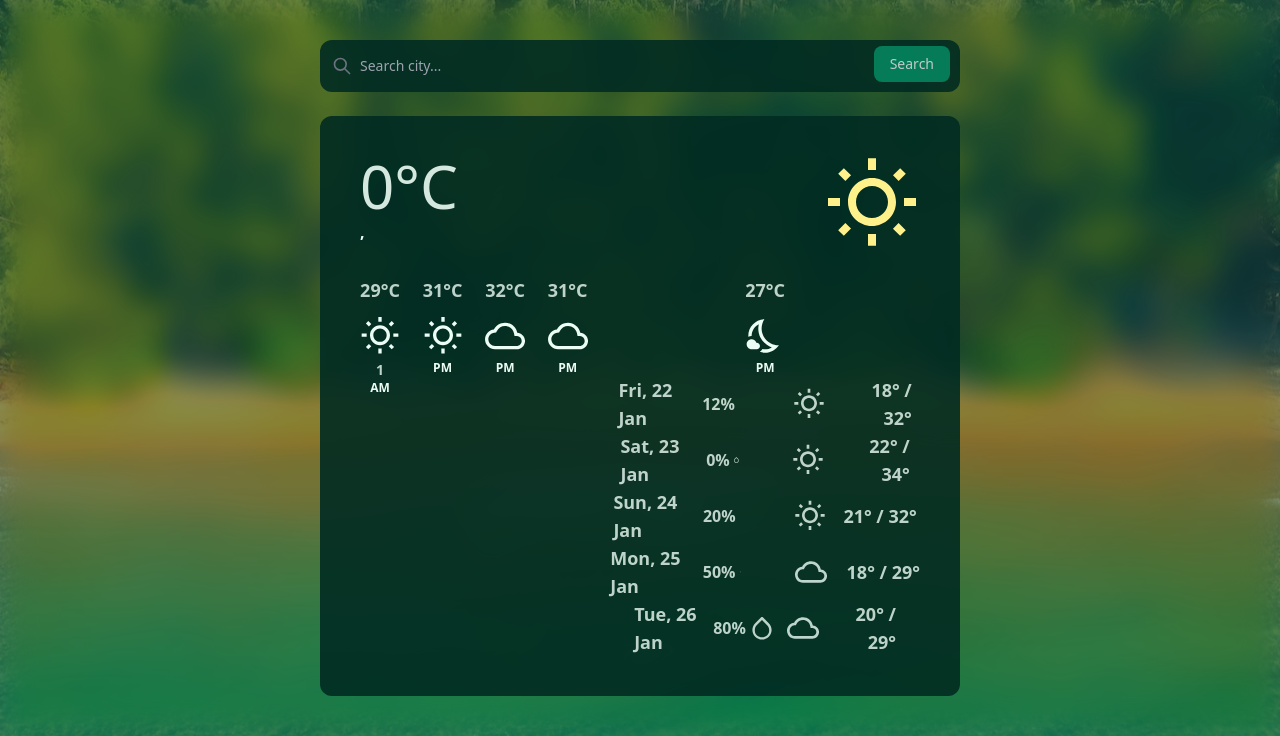
Repository: mikelCabezas/angular-exercices
Page: / (app in weather-app/)
An editor plug-in stored every save of this project. The page is shown before and after the next save, followed by the edit.
The browser window is 1280 px wide. The pictures show the whole page.
The project was rebuilt for these pictures with package versions that can differ from the ones it lists, and the page was loaded fresh each time. Also part of the build but not shown: weather-app/angular.json.

Above is the page before, as saved 2023-09-18 19:21:16.

After the next save:
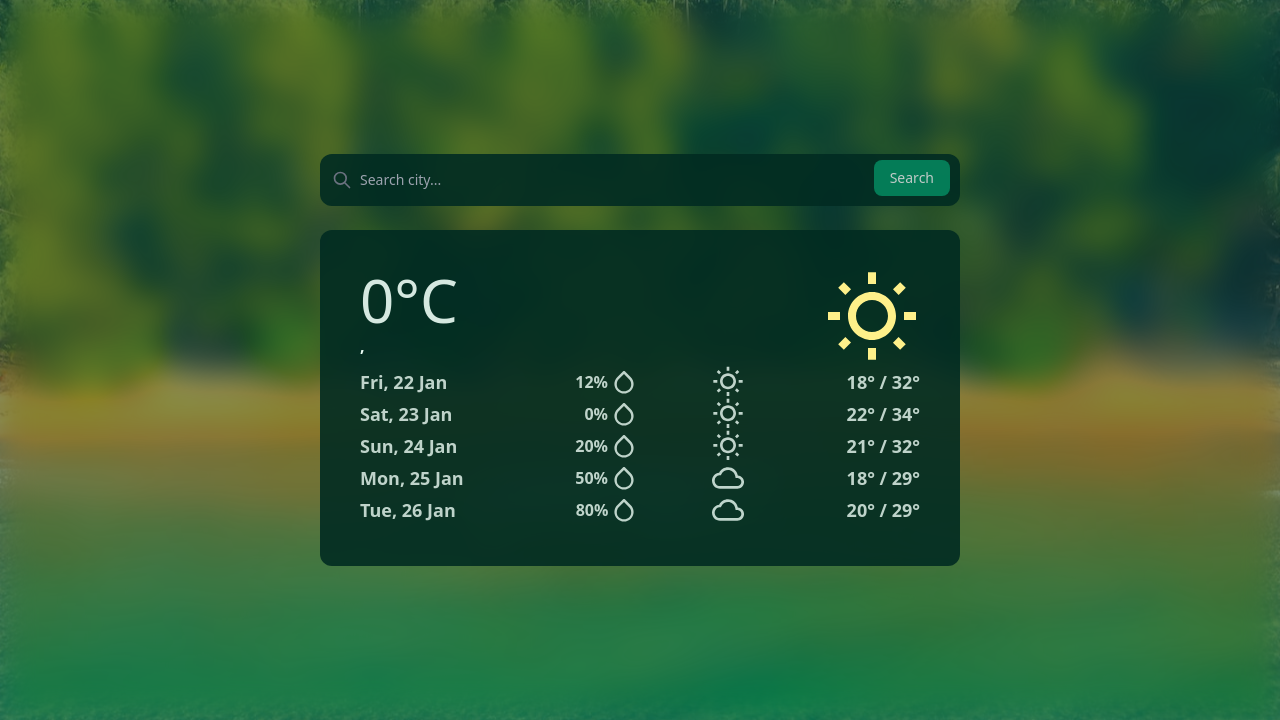
Saved 14 s later.
--- a/weather-app/src/app/components/dashboard/dashboard.component.html
+++ b/weather-app/src/app/components/dashboard/dashboard.component.html
@@ -56,89 +56,7 @@
                 <path d="M6.76 4.84l-1.8-1.79-1.41 1.41 1.79 1.79zM1 10.5h3v2H1zM11 .55h2V3.5h-2zm8.04 2.495l1.408 1.407-1.79 1.79-1.407-1.408zm-1.8 15.115l1.79 1.8 1.41-1.41-1.8-1.79zM20 10.5h3v2h-3zm-8-5c-3.31 0-6 2.69-6 6s2.69 6 6 6 6-2.69 6-6-2.69-6-6-6zm0 10c-2.21 0-4-1.79-4-4s1.79-4 4-4 4 1.79 4 4-1.79 4-4 4zm-1 4h2v2.95h-2zm-7.45-.96l1.41 1.41 1.79-1.8-1.41-1.41z"/>
             </svg>
         </div>
-        <div class="flex justify-between mt-6">
-            <div class="flex flex-col items-center">
-                <span class="font-semibold text-lg">29°C</span>
-                <svg
-                    class="h-10 w-10 fill-current text-emerald-50 mt-3"
-                    xmlns="http://www.w3.org/2000/svg"
-                    height="24"
-                    viewBox="0 0 24 24"
-                    width="24"
-                >
-                    <path d="M0 0h24v24H0V0z" fill="none"/>
-                    <path d="M6.76 4.84l-1.8-1.79-1.41 1.41 1.79 1.79zM1 10.5h3v2H1zM11 .55h2V3.5h-2zm8.04 2.495l1.408 1.407-1.79 1.79-1.407-1.408zm-1.8 15.115l1.79 1.8 1.41-1.41-1.8-1.79zM20 10.5h3v2h-3zm-8-5c-3.31 0-6 2.69-6 6s2.69 6 6 6 6-2.69 6-6-2.69-6-6-6zm0 10c-2.21 0-4-1.79-4-4s1.79-4 4-4 4 1.79 4 4-1.79 4-4 4zm-1 4h2v2.95h-2zm-7.45-.96l1.41 1.41 1.79-1.8-1.41-1.41z"/>
-                </svg>
-                <span class="font-semibold mt-1 text-sm">1{{time1h}}</span>
-                <span class="text-xs font-semibold text-emerald-50">AM</span>
-            </div>
-            <div class="flex flex-col items-center">
-                <span class="font-semibold text-lg">31°C</span>
-                <svg
-                    class="h-10 w-10 fill-current text-emerald-50 mt-3"
-                    xmlns="http://www.w3.org/2000/svg"
-                    height="24"
-                    viewBox="0 0 24 24"
-                    width="24"
-                >
-                    <path d="M0 0h24v24H0V0z" fill="none"/>
-                    <path d="M6.76 4.84l-1.8-1.79-1.41 1.41 1.79 1.79zM1 10.5h3v2H1zM11 .55h2V3.5h-2zm8.04 2.495l1.408 1.407-1.79 1.79-1.407-1.408zm-1.8 15.115l1.79 1.8 1.41-1.41-1.8-1.79zM20 10.5h3v2h-3zm-8-5c-3.31 0-6 2.69-6 6s2.69 6 6 6 6-2.69 6-6-2.69-6-6-6zm0 10c-2.21 0-4-1.79-4-4s1.79-4 4-4 4 1.79 4 4-1.79 4-4 4zm-1 4h2v2.95h-2zm-7.45-.96l1.41 1.41 1.79-1.8-1.41-1.41z"/>
-                </svg>
-                <span class="font-semibold mt-1 text-sm">{{time2h}}</span>
-                <span class="text-xs font-semibold text-emerald-50">PM</span>
-            </div>
-            <div class="flex flex-col items-center">
-                <span class="font-semibold text-lg">32°C</span>
-                <svg
-                    class="h-10 w-10 fill-current text-emerald-50 mt-3"
-                    xmlns="http://www.w3.org/2000/svg"
-                    height="24"
-                    viewBox="0 0 24 24"
-                    width="24"
-                >
-                    <path d="M0 0h24v24H0V0z" fill="none"/>
-                    <path d="M12.01 6c2.61 0 4.89 1.86 5.4 4.43l.3 1.5 1.52.11c1.56.11 2.78 1.41 2.78 2.96 0 1.65-1.35 3-3 3h-13c-2.21 0-4-1.79-4-4 0-2.05 1.53-3.76 3.56-3.97l1.07-.11.5-.95C8.08 7.14 9.95 6 12.01 6m0-2C9.12 4 6.6 5.64 5.35 8.04 2.35 8.36.01 10.91.01 14c0 3.31 2.69 6 6 6h13c2.76 0 5-2.24 5-5 0-2.64-2.05-4.78-4.64-4.96C18.68 6.59 15.65 4 12.01 4z"/>
-                </svg>
-                <span class="font-semibold mt-1 text-sm">{{time3h}}</span>
-                <span class="text-xs font-semibold text-emerald-50">PM</span>
-            </div>
-            <div class="flex flex-col items-center">
-                <span class="font-semibold text-lg">31°C</span>
-                <svg
-                    class="h-10 w-10 fill-current text-emerald-50 mt-3"
-                    xmlns="http://www.w3.org/2000/svg"
-                    height="24"
-                    viewBox="0 0 24 24"
-                    width="24"
-                >
-                    <path d="M0 0h24v24H0V0z" fill="none"/>
-                    <path d="M12.01 6c2.61 0 4.89 1.86 5.4 4.43l.3 1.5 1.52.11c1.56.11 2.78 1.41 2.78 2.96 0 1.65-1.35 3-3 3h-13c-2.21 0-4-1.79-4-4 0-2.05 1.53-3.76 3.56-3.97l1.07-.11.5-.95C8.08 7.14 9.95 6 12.01 6m0-2C9.12 4 6.6 5.64 5.35 8.04 2.35 8.36.01 10.91.01 14c0 3.31 2.69 6 6 6h13c2.76 0 5-2.24 5-5 0-2.64-2.05-4.78-4.64-4.96C18.68 6.59 15.65 4 12.01 4z"/>
-                </svg>
-                <span class="font-semibold mt-1 text-sm">{{time4h}}</span>
-                <span class="text-xs font-semibold text-emerald-50">PM</span>
-            </div>
-            <div class="flex flex-col items-center">
-                <span class="font-semibold text-lg">27°C</span>
-                <svg
-                    class="h-10 w-10 fill-current text-emerald-50 mt-3"
-                    xmlns="http://www.w3.org/2000/svg"
-                    enable-background="new 0 0 24 24"
-                    height="24"
-                    viewBox="0 0 24 24"
-                    width="24"
-                >
-                    <g>
-                        <rect fill="none" height="24" width="24"/>
-                    </g>
-                    <g>
-                        <g>
-                            <path d="M19.78,17.51c-2.47,0-6.57-1.33-8.68-5.43C8.77,7.57,10.6,3.6,11.63,2.01C6.27,2.2,1.98,6.59,1.98,12 c0,0.14,0.02,0.28,0.02,0.42C2.61,12.16,3.28,12,3.98,12c0,0,0,0,0,0c0-3.09,1.73-5.77,4.3-7.1C7.78,7.09,7.74,9.94,9.32,13 c1.57,3.04,4.18,4.95,6.8,5.86c-1.23,0.74-2.65,1.15-4.13,1.15c-0.5,0-1-0.05-1.48-0.14c-0.37,0.7-0.94,1.27-1.64,1.64 c0.98,0.32,2.03,0.5,3.11,0.5c3.5,0,6.58-1.8,8.37-4.52C20.18,17.5,19.98,17.51,19.78,17.51z"/>
-                            <path d="M7,16l-0.18,0C6.4,14.84,5.3,14,4,14c-1.66,0-3,1.34-3,3s1.34,3,3,3c0.62,0,2.49,0,3,0c1.1,0,2-0.9,2-2 C9,16.9,8.1,16,7,16z"/>
-                        </g>
-                    </g>
-                </svg>
-                <span class="font-semibold mt-1 text-sm">{{time5h}}</span>
-                <span class="text-xs font-semibold text-emerald-50">PM</span>
+
 
         <div class="flex justify-between items-center">
             <span class="font-semibold text-lg w-1/4">Fri, 22 Jan</span>
